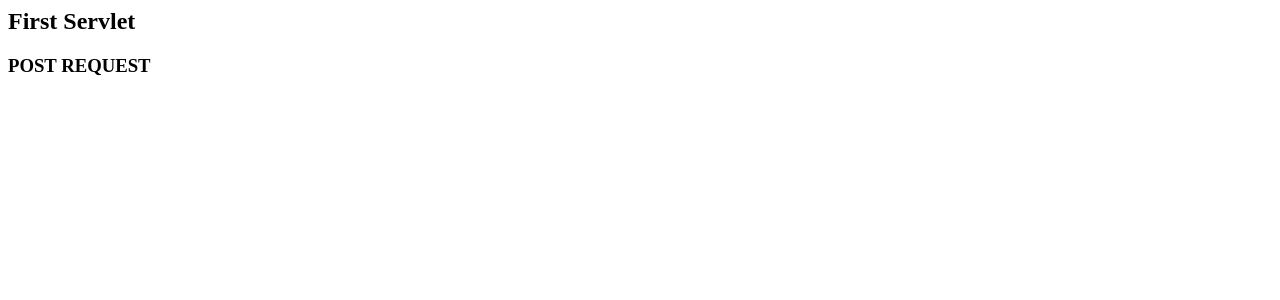
Repository: sunbeam-modular/IIT-08-B-Java
Page: http://localhost/secondapp/first
The author's editor kept a copy of each file at every save. The page is drawn from the files as they stood at one save, then again after the next save.
The browser window is 1280 px wide. The pictures show the whole page.
The page is served by Tomcat 10.

Above is the page before, as saved 2025-12-22 10:12:19.

After the next save:
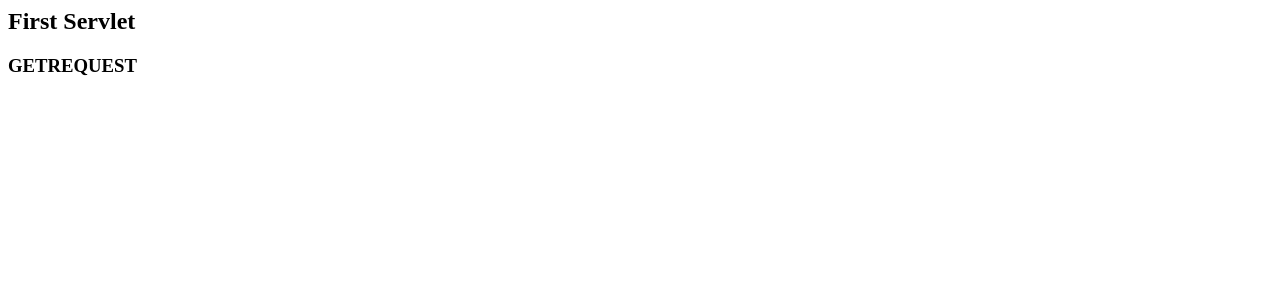
Saved 49 s later.
--- a/Day06/codes/day1/secondapp/src/main/java/com/sunbeam/FirstServlet.java
+++ b/Day06/codes/day1/secondapp/src/main/java/com/sunbeam/FirstServlet.java
@@ -17,7 +17,7 @@ public class FirstServlet extends HttpServlet {
 	}
 	@Override
 	protected void doPost(HttpServletRequest req, HttpServletResponse resp) throws ServletException, IOException {
-		  processRequest(req, resp);
+		 processRequest(req, resp);
 	}
 	protected void processRequest(HttpServletRequest req, HttpServletResponse resp) throws ServletException, IOException {
 		resp.setContentType("text/html");
@@ -28,7 +28,7 @@ public class FirstServlet extends HttpServlet {
 		out.println("</head>");
 		out.println("<body>");
 		out.println("<h2> First Servlet</h2>");
-		out.println("<h3> POST REQUEST</h2>");
+		out.println("<h3>" + req.getMethod() + "REQUEST</h2>");
 		out.println("</body>");
 		out.println("</html>");
 	}
